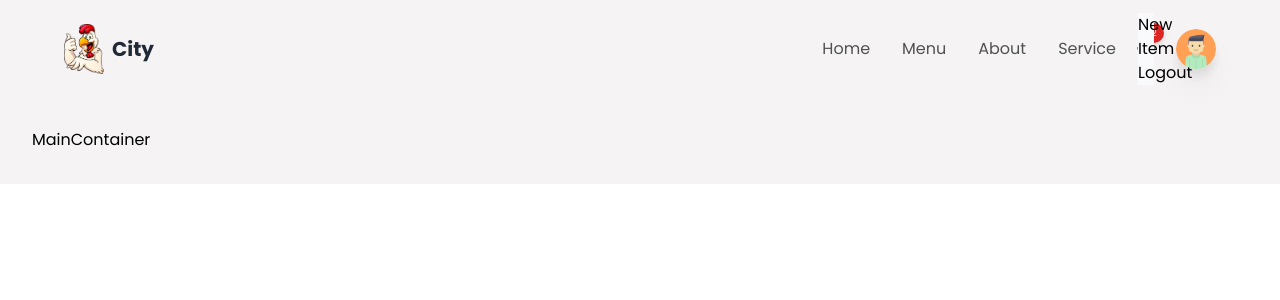
Repository: shikubro90/foodApp
Page: /
These files come from the project's save history. The page is drawn as it stood at one moment and after a run of saves; the edit follows.
The browser window is 1280 px wide. The pictures show the whole page.
The project was rebuilt for these pictures with package versions that can differ from the ones it lists, and the page was loaded fresh each time. Also part of the build but not shown: src/Components/CreateContainer.jsx.

Above is the page before, as saved 2022-09-21 19:14:26.

### src/index.js
import React from 'react'
import ReactDOM from 'react-dom/client'
import './index.css'
import App from './App'

import {BrowserRouter} from 'react-router-dom'

import {StateProvider} from './context/StateProvider'
import {initialState} from './context/InitialState'
import reducer from './context/reducer'

const root = ReactDOM.createRoot(document.getElementById('root'));
root.render(
  <React.StrictMode>
    <BrowserRouter>
      <StateProvider initialState={initialState} reducer={reducer}>
        <App />
      </StateProvider>
    </BrowserRouter>
  </React.StrictMode>
);

### src/index.css
@import url(https://fonts.googleapis.com/css?family=Poppins:100,100italic,200,200italic,300,300italic,regular,italic,500,500italic,600,600italic,700,700italic,800,800italic,900,900italic);

*{
    margin: 0;
    padding: 0;
    box-sizing: border-box;
}
body{
    font-family: "Poppins", sans-serif, system-ui, -apple-system, BlinkMacSystemFont, 'Segoe UI', Roboto, Oxygen, Ubuntu, Cantarell, 'Open Sans', 'Helvetica Neue', sans-serif;
}

html, body{
    scroll-behavior: smooth;
}

@tailwind base;
@tailwind components;
@tailwind utilities;

@layer components {
    .newDishCard {
      @apply w-225 h-auto p-4 rounded-2xl shadow-2xl duration-100 ease-in-out bg-cardColor backdrop-blur-md hover:shadow-none hover:bg-gradient-to-bl from-emerald-400 to-emerald-700 flex flex-col items-center justify-center relative;
    }
  }

### src/App.js
import React from 'react'
import { Header, CreateContainer, MainContainer } from './Components'
import {Route, Routes} from 'react-router-dom'
import {AnimatePresence} from 'framer-motion'

const App = () => {
  return (
    <AnimatePresence>
      <div className="w-screen h-auto flex flex-col bg-primary ">
          <Header/>
          <main className='mt-24 p-8 w-full'>
            <Routes>
              <Route path='/' element={<MainContainer/>}/>
              <Route path='create' element={<CreateContainer/>}/>
            </Routes>
          </main>
      </div>
    </AnimatePresence>
  )
}

export default App

### src/context/InitialState.js
import { fetchUser } from "../utils/localStorageData"

const userInfo = fetchUser()

export const initialState = {
    user: userInfo,


}

### src/context/reducer.js
export const actionType = {
    SET_USER : "SET_USER"
};

const reducer = (state, action) =>{
    switch (action.type) {
        case actionType.SET_USER:
          return {
            ...state,
            user: action.user,
          };
        default :
        return state;
    }
}

export default reducer;

### src/Components/index.js
export {default as Header} from './Header'
export {default as MainContainer} from './MainContainer'
export {default as CreateContainer} from './CreateContainer'

### src/utils/localStorageData.js
export const fetchUser =()=>{
    const userInfo = localStorage.getItem("user") !== "undefined" ?
    JSON.parse(localStorage.getItem("user")): localStorage.clear();

    return userInfo
}

### src/Components/Header.jsx
import logo from '../img/logo.png'
import { IoMdBasket } from 'react-icons/io'
import Avatar from '../img/avatar.png'
import { motion } from 'framer-motion'
import { Link, NavLink } from 'react-router-dom'

// firebase auth
import { getAuth, GoogleAuthProvider, signInWithPopup } from 'firebase/auth'

// get app from firebase.config.js file
import { app } from '../Firebase.config'
import { useStateValue } from '../context/StateProvider'
import { actionType } from '../context/reducer'


const Header = () => {

  const firebaseAuth = getAuth(app)
  const provider = new GoogleAuthProvider()
  const [{ user }, dispatch] = useStateValue();


  const login = async () => {
    if (!user){
      const {
        user: {refreshToken, providerData }
      } = await signInWithPopup(firebaseAuth, provider)
      dispatch({
        type: actionType.SET_USER,
        user: providerData[0],
      })
      localStorage.setItem("user", JSON.stringify(providerData[0]))
    }
  }


  return (
    <div className="fixed z-50 w-screen p-3 px-4 md:p-6 md:px-16 bg-primary">
      {/* Desktop & Tablet */}
      <div className="hidden md:flex w-full h-full items-center justify-between">
        <NavLink to={'/'}>
          <motion.div
            whileTap={{ scale: 0.6 }}
            className="flex items-center gap-2"
          >
            <img src={logo} alt="logo" className="w-10 object-cover" />
            <p className="text-gray-800 text-xl font-bold">City</p>
          </motion.div>
        </NavLink>

        <div className="flex justify-center items-center">
          <ul className="flex items-center justify-center gap-8 ml-auto">
            <li className="text-base text-textColor cursor-pointer hover:text-gray-600 duration-100 ease-in-out">
              Home
            </li>
            <li className="text-base text-textColor cursor-pointer hover:text-gray-600 duration-100 ease-in-out">
              Menu
            </li>
            <li className="text-base text-textColor cursor-pointer hover:text-gray-600 duration-100 ease-in-out">
              About
            </li>
            <li className="text-base text-textColor cursor-pointer hover:text-gray-600 duration-100 ease-in-out">
              Service
            </li>
          </ul>

          <div className="relative flex items-center justify-center ml-5 cursor-pointer">
            <motion.div whileTap={{ scale: 0.6 }}>
              <IoMdBasket className="text-xl text-gray-700" />
              <motion.span
                whileHover={{ scale: 1.1 }}
                className="drop-shadow-md rounded-full w-5 h-5 bg-cart bg-car bg-red-600 flex justify-center items-center text-[.6rem] text-white -top-4 -right-2 absolute"
              >
                2
              </motion.span>
            </motion.div>
            <div className='w-4 absolute bg-gray-50 rit'>
              <p>New Item</p>
              <p>Logout</p>
            </div>

          </div>

          <div className="relative">
            <Link to={'create'}>
              <motion.img
                whileTap={{ scale: 0.6 }}
                src={user ? user.photoURL : Avatar}
                alt=""
                className="w-6 h-6 min-w-[40px] min-h-[40px] ml-5 cursor-pointer drop-shadow-xl rounded-full"
                onClick={login}
              />
            </Link>
          </div>
        </div>
      </div>

      {/* Mobile */}
      <div className="flex md:hidden w-full h-full bg-blue-400">Mobile</div>
    </div>
  )
}

export default Header

### src/Firebase.config.js
import {getApp, getApps, initializeApp} from "firebase/app"
import {getFirestore} from "firebase/firestore"
import {getStorage} from "firebase/storage"

const firebaseConfig = {
    apiKey: "AIzaSyAGBeUhrzzT-68kroIN5G62mBqU-b-5so0",
    authDomain: "foodapp-6e162.firebaseapp.com",
    databaseURL: "https://foodapp-6e162-default-rtdb.firebaseio.com",
    projectId: "foodapp-6e162",
    storageBucket: "foodapp-6e162.appspot.com",
    messagingSenderId: "875229452645",
    appId: "1:875229452645:web:13552ebbe293467d7f698c"
  };

const app = getApps.length>0? getApp() : initializeApp(firebaseConfig);
const fireStore = getFirestore(app)
const storage = getStorage(app)

export {app, fireStore, storage}

### tailwind.config.js
/** @type {import('tailwindcss').Config} */
module.exports = {
  content: ['./src/**/*.{js,jsx,ts,tsx}'],
  theme: {
    extend: {
      width: {
        150: "150px",
        190: "190px",
        225: "225px",
        275: "275px",
        300: "300px",
        340: "340px",
        350: "350px",
        375: "375px",
        460: "460px",
        656: "656px",
        880: "880px",
        508: "508px",
      },
      height: {
        80: "80px",
        150: "150px",
        225: "225px",
        300: "300px",
        340: "340px",
        370: "370px",
        420: "420px",
        510: "510px",
        600: "600px",
        650: "650px",
        685: "685px",
        800: "800px",
        "90vh": "90vh",
      },
      minWidth: {
        210: "210px",
        350: "350px",
        620: "620px",
      },
      screens: {
        sm: "640px",
        md: "768px",
        lg: "1024px",
        xl: "1280px",
        "2xl": "1536px",
      },
      colors: {
        headingColor: "#2e2e2e",
        textColor: "#515151",
        cartNumBg: "#e80013",
        primary: "#f5f3f3",
        cardOverlay: "rgba(256,256,256,0.4)",
        lighttextGray: "#9ca0ab",
        card: "rgba(256,256,256,0.8)",
        cartBg: "#282a2c",
        cartItem: "#2e3033",
        cartTotal: "#343739",
      },
    },
  },
  plugins: [],
}

Loaded but not shown: src/context/StateProvider.js (common file); src/Components/MainContainer.jsx (common file)

After the next 2 saves:
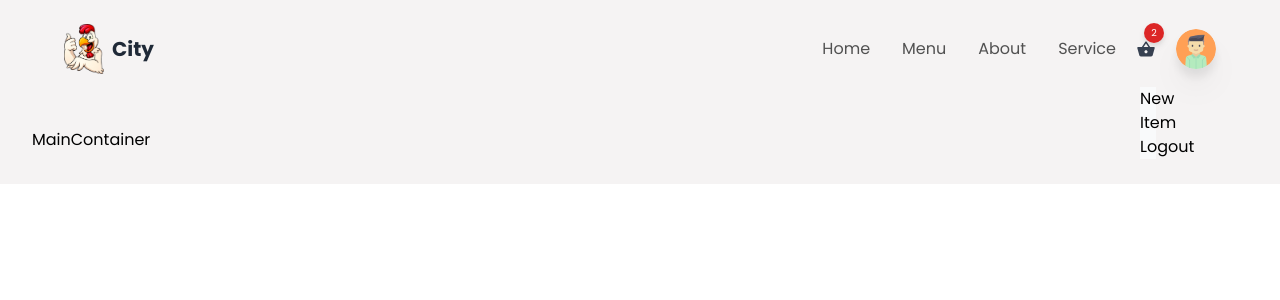
The 2 saves are shown as one change because they came seconds apart.
The last was saved 6 s later.
--- a/src/Components/Header.jsx
+++ b/src/Components/Header.jsx
@@ -74,7 +74,7 @@ const Header = () => {
                 2
               </motion.span>
             </motion.div>
-            <div className='w-4 absolute bg-gray-50 rit'>
+            <div className='w-4 absolute bg-gray-50 right-0 top-12'>
               <p>New Item</p>
               <p>Logout</p>
             </div>
